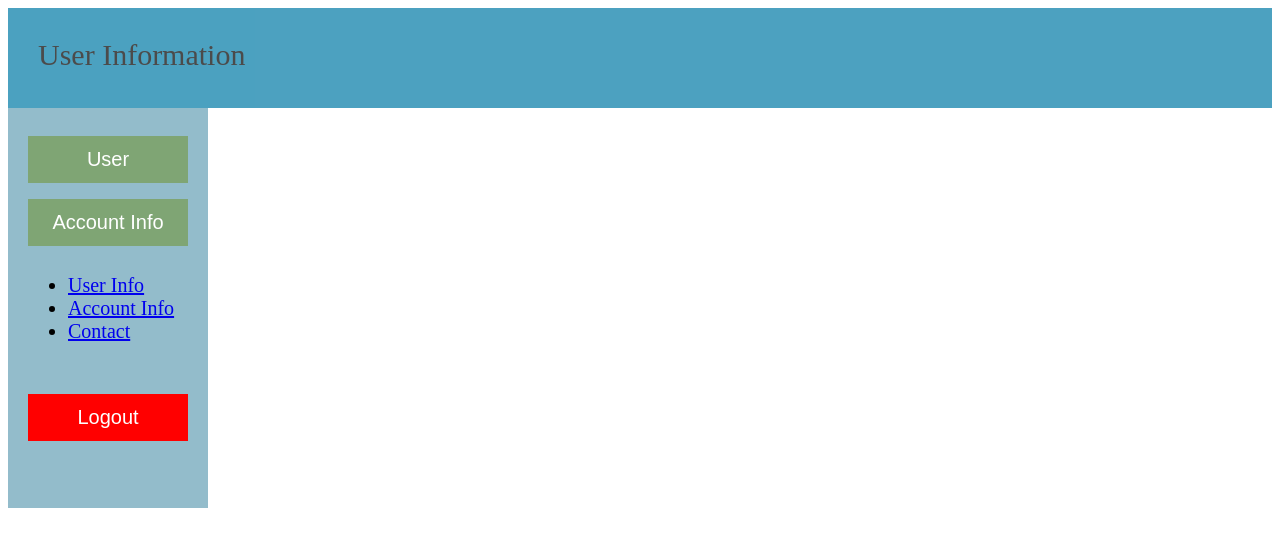
Repository: kennyufish/Revature_ROCP1_Project_Banking_API
Page: banking_api/src/main/webapp/userInfo.html
These files come from the project's save history. The page is drawn as it stood at one moment and after the next save; the edit follows.
The browser window is 1280 px wide. The pictures show the whole page.

Above is the page before, as saved 2020-10-10 16:07:00.

After the next save:
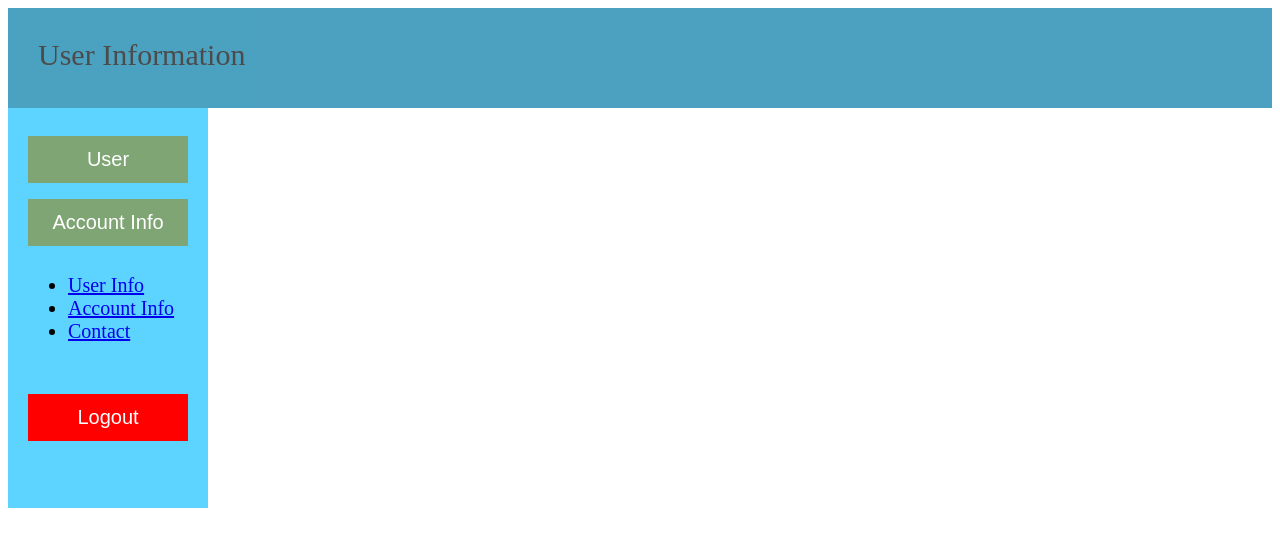
Saved 26 s later.
--- a/banking_api/src/main/webapp/userInfo.html
+++ b/banking_api/src/main/webapp/userInfo.html
@@ -21,7 +21,7 @@ header {
 nav {
 	float: left;
 	width: 200px;
-	background-color:#93BCCB;
+	background-color:#5DD4FF;
 	padding: 20px;
 	height: 400px;
 }
